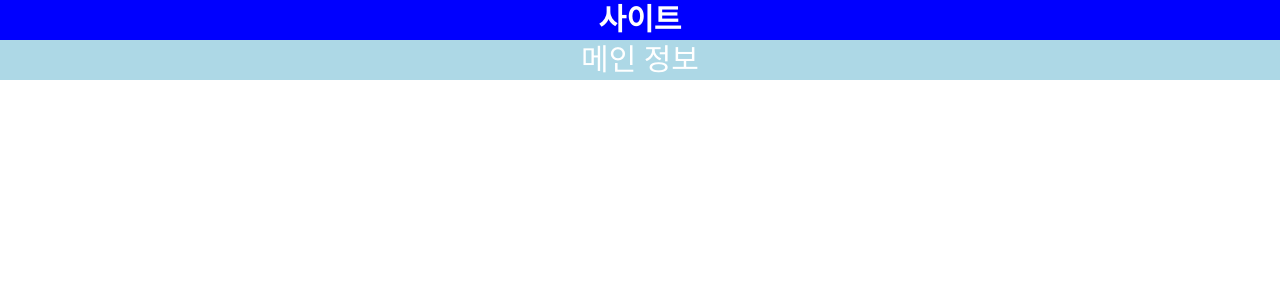
Repository: ImGaram/til
Page: http://localhost/practice/soqn/header.jsp
These files come from the project's save history. The page is drawn as it stood at one moment and after the next save; the edit follows.
The browser window is 1280 px wide. The pictures show the whole page.
The page is served by Tomcat 9.

Above is the page before, as saved 2022-06-28 11:04:05.

After the next save:
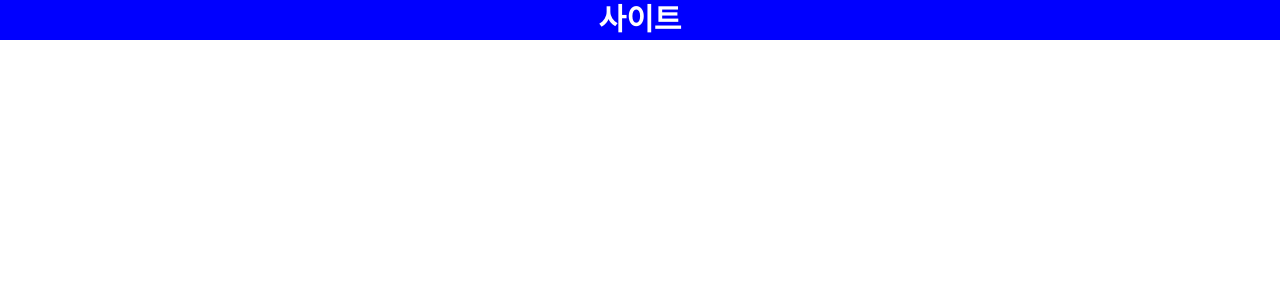
Saved 32 s later.
--- a/2학년 jsp(화면구현)/practice/src/main/webapp/soqn/header.jsp
+++ b/2학년 jsp(화면구현)/practice/src/main/webapp/soqn/header.jsp
@@ -10,7 +10,7 @@
 <header style="position:fixed; top:0; left:0; width:100%; height:40px; line-height: 40px; background-color:blue;
  color: white; text-align:center; font-size:30px">
 <b>사이트</b>
-<nav style="background-color:lightblue; top:40px; left:0; width:100%; height:40px; position:fixed;">
+<nav style="position:fixed;top:40px;left:0;width:100%;height:30px;">
 <a>메인</a>
 <a>정보</a>
 </nav>
